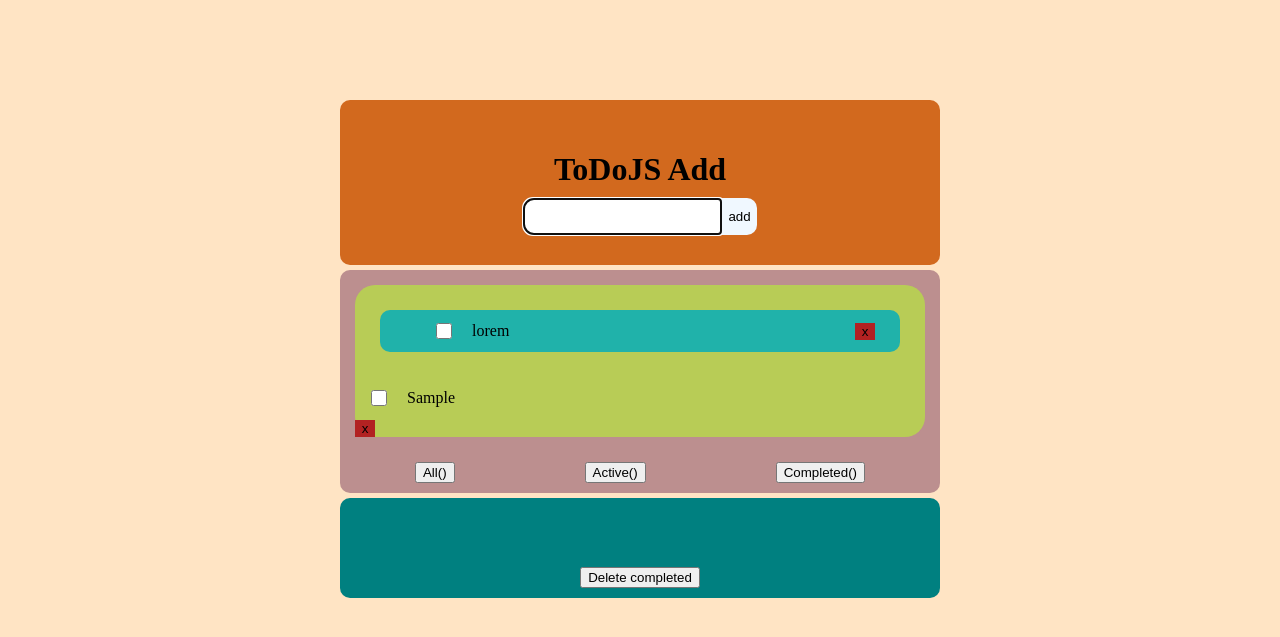
Repository: Savich01/ToDo
Page: index.html
These files come from the project's save history. The page is drawn as it stood at one moment and after the next save; the edit follows.
The browser window is 1280 px wide. The pictures show the whole page.
Empty fields were first filled with sample values (such as "Sample", 5 or name@example.com).
After loading, the first visible `form.personal` was submitted once.

Above is the page before, as saved 2024-05-06 14:17:07.

### index.html
<!DOCTYPE html>
<html lang="en">
<head>
    <meta charset="UTF-8">
    <meta name="viewport" content="width=device-width, initial-scale=1.0">
    <link rel="stylesheet" href="css/style.css">
    <title>ToDO</title>
</head>
<body>
    <header class="header">
        <div class="header-block">
            <div class="header-block__sub">
                <h1 class="title">ToDoJS Add</h1>
                <form class="personal" action="#">
                    <input class="personal-input" type="text">
                    <button class="personal-btn">add</button>
                </form>
            </div>
        </div>
    </header>
     <main class="main">
        <div class="main-block">

            <div class="main-container">
                <ul class="main-container--list">
                    <li class="main-container--list-link">
                        <input class="main-checked" type="checkbox">
                        <span class="main-text">lorem</span>
                    </li>
                    <button class="main--list-btn">
                        х
                    </button>
               </ul>
            </div>




            <div class="main-button">
                 <button class="main-btn1">All()</button>
                 <button class="main-btn2">Active()</button>
                 <button class="main-btn3">Completed()</button>
            </div>
            </div>
     </main>
     <footer class="footer">
        <div class="footer-block">
            <div class="footer-btn">
                <button class="btn">Delete completed</button>
            </div>
        </div>
     </footer>
        <script src="js/script.js"></script>
</body>
</html>

### css/style.css
ul,li {
    text-decoration: none;
    list-style: none;
}


/*------------HEADER-------------------------------------*/

body {
    max-width: 100%;
    background: #FFE4C4;
}
.header {
    margin-top: 100px;
    margin-bottom: 5px;
}
.header-block {
    max-width: 600px;
    margin: 0 auto;
    background: #D2691E;
    border-radius: 10px;
}
 .header-block__sub {
    display: flex;
    flex-direction: column;
    justify-content: center;
    align-items: center;
    padding: 30px 0px;
 }

 .title {
    margin-bottom: 10px;
 }

 .personal {
    display: flex;
    justify-content: center;
 }

 .personal-input{
    padding: 10px;
    border: 1px solid #000;
    border-radius: 10px 0px 0px 10px;
 }
.personal-btn {
    border: none;
    background-color: aliceblue;
    border-radius: 0px 10px 10px 0px;
    cursor: pointer;
}
/*------------------MAIN-------------------------------------*/

.main-block {
   max-width: 600px;
   margin: 0 auto;
   background: #BC8F8F;
   min-height: 70px;
   border-radius: 10px;
   display:flex;
   flex-direction: column;
   justify-content: space-between;
   margin-bottom: 5px;
}
.main-button {
    padding: 10px;
    display: flex;
    align-items: flex-end;
    justify-content: space-around

}
.main-container {
    background: rgba(183, 231, 62, 0.699);
    border-radius: 20px;
    margin: 15px;
    /* display: none; */
}
.main-container--list{
    background-color: #20B2AA;
    border-radius: 10px;
    margin: 25px;
    display: flex;
    align-items: center;
    justify-content: space-between;
}
.main-container--list-link {
    padding: 10px;
    display: flex;
    align-items: center;
}
.main-checked{
    width: 20px;
    height: 16px;
    cursor: pointer;
}
.main-text{
    display: inline-block;
    margin-left: 15px;
}
.main--list-btn{
    min-width: 20px;
    max-width: 23px;
    background: #FFFFE0;
    align-items: center;
    margin-right: 25px;
    cursor: pointer;
    border: none;
    background: #B22222;
}

/*------------------FOOTER--------------------------------------------------*/

.footer-block {
    max-width: 600px;
    margin: 0 auto;
    background: #008080;
    height: 100px;
    border-radius: 10px;
    display: flex;
    align-items: flex-end;
    justify-content: space-around;
}
.footer-btn {
    padding: 10px;
}

### js/script.js
"Use strict";

const form = document.querySelector('.personal');
const input = document.querySelector('.personal-input');
const block = document.querySelector('.main-container');
const addList = document.querySelector('.main-container--list')


function addTask(){
    // Отменяем отправку формы
    event.preventDefault();

    // Достаем текст задачи из поля ввода

    const taskText = input.value;
    console.log(taskText);

    //Формируем разметку для новой задачи

    const taskHTML = `<li class="main-container--list-link">
                        <input class="main-checked" type="checkbox">
                        <span class="main-text">${taskText}</span>
                    </li>
                    <button class="main--list-btn">
                        х
                    </button>
                        `


    // Добавляем задачу на страницу

    block.insertAdjacentHTML('beforeend', taskHTML)

    // Отчищаем поле ввода

    input.value = '';
    input.focus();
}



// Добавление задачи
form.addEventListener('submit', addTask);

// // Удаление задачи
addList.addEventListener('click', function(){
    console.log('hello');
});

function deleteTask(){
    console.log
}

After the next save:
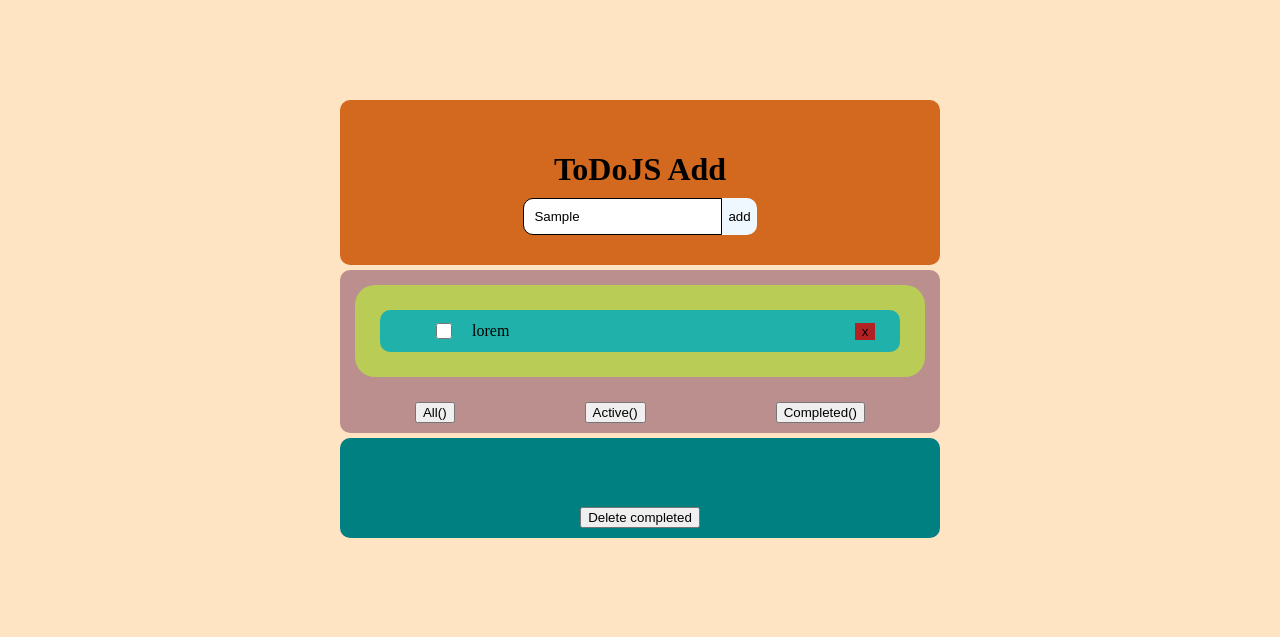
Console error: ReferenceError: bloc is not defined
Saved 75 s later.
--- a/js/script.js
+++ b/js/script.js
@@ -2,7 +2,7 @@
 
 const form = document.querySelector('.personal');
 const input = document.querySelector('.personal-input');
-const block = document.querySelector('.main-container');
+const block = document.querySelector('.main-container--list');
 const addList = document.querySelector('.main-container--list')
 
 
@@ -29,7 +29,7 @@
 
     // Добавляем задачу на страницу
 
-    block.insertAdjacentHTML('beforeend', taskHTML)
+    bloc.insertAdjacentHTML('beforeend', taskHTML)
 
     // Отчищаем поле ввода
 

After the save that followed:
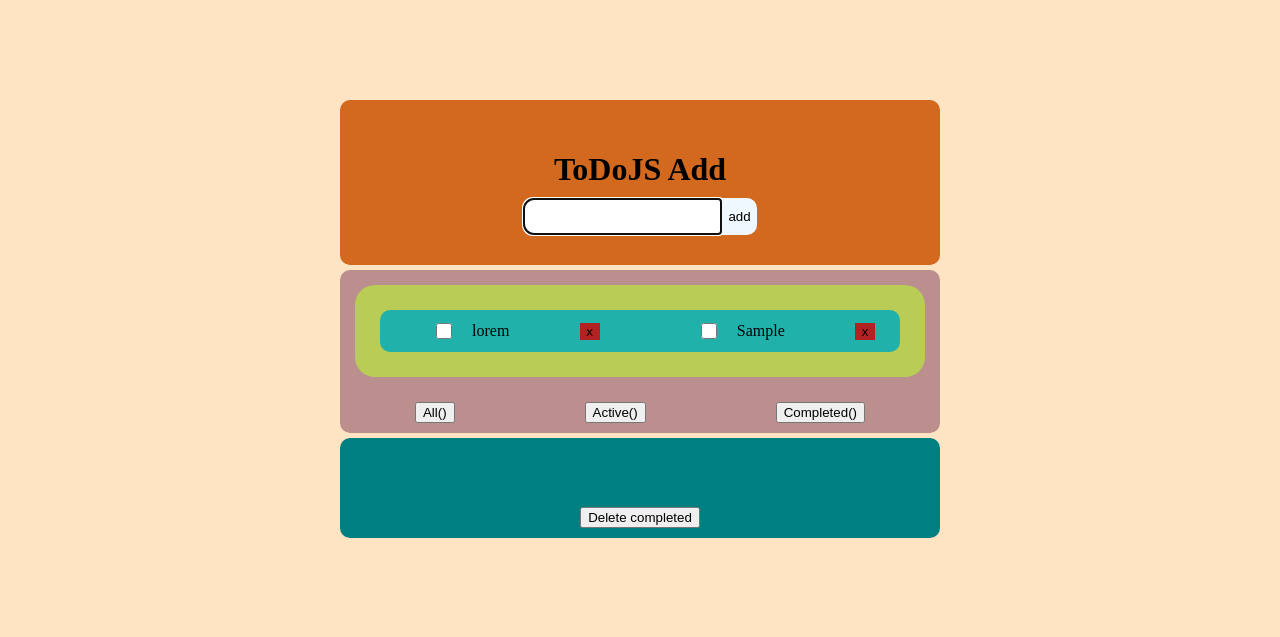
The error is gone.
Saved 19 s later.
--- a/js/script.js
+++ b/js/script.js
@@ -29,7 +29,7 @@
 
     // Добавляем задачу на страницу
 
-    bloc.insertAdjacentHTML('beforeend', taskHTML)
+    block.insertAdjacentHTML('beforeend', taskHTML)
 
     // Отчищаем поле ввода
 
